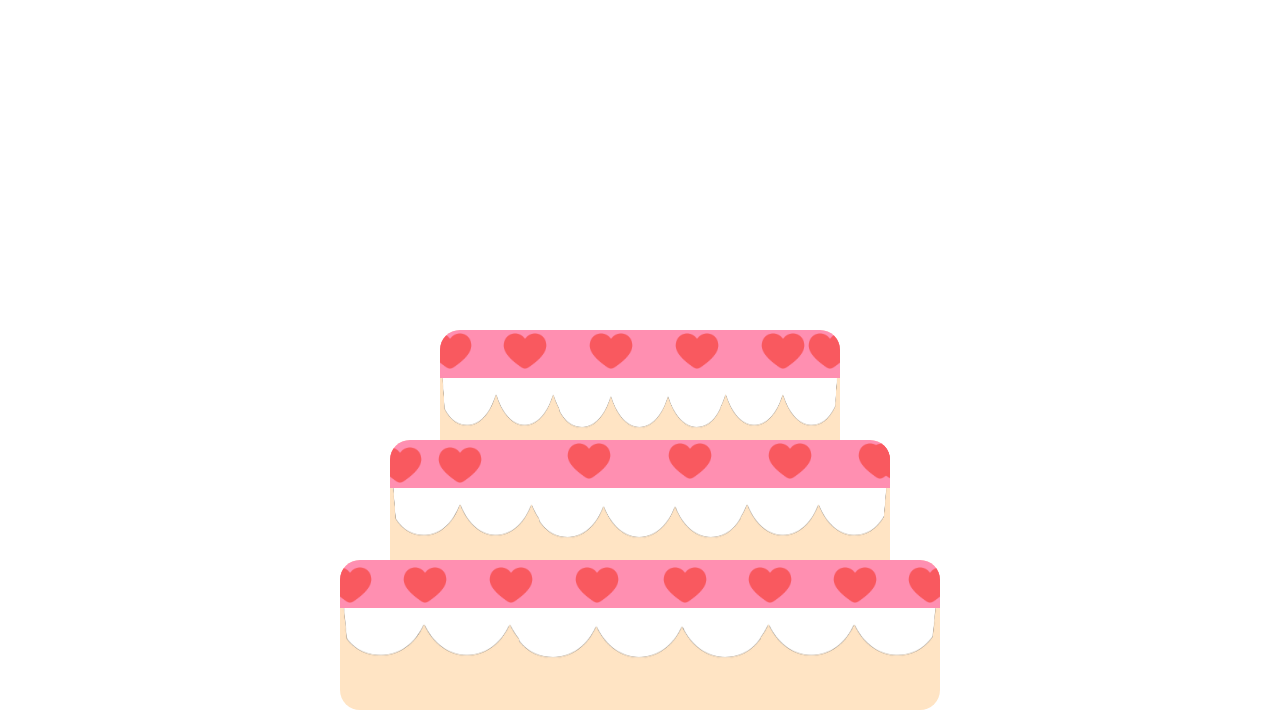
Repository: iphoneboy46/happybirthday
Page: index.html
These files come from the project's save history. The page is drawn as it stood at one moment and after the next save; the edit follows.
The browser window is 1280 px wide. The pictures show the whole page.

Above is the page before, as saved 2022-11-28 15:38:31.

### index.html
<!DOCTYPE html>
<html lang="en">
  <head>
    <meta charset="UTF-8" />
    <meta http-equiv="X-UA-Compatible" content="IE=edge" />
    <meta name="viewport" content="width=device-width, initial-scale=1.0" />
    <title>Happy Birthday</title>
    <link rel="stylesheet" href="style.css" />
  </head>
  <body>
    <div class="container">
      <div class="cake">
        <div class="top--cake">
          <div class="img-wavy">
            <img src="image/img1.png" alt="" />
          </div>

          <div class="img-heart-1--top">
            <img src="image/heart.png" alt="" />
          </div>
          <div class="img-heart-2--top">
            <img src="image/heart.png" alt="" />
          </div>
          <div class="img-heart-3--top">
            <img src="image/heart.png" alt="" />
          </div>
          <div class="img-heart-4--top">
            <img src="image/heart.png" alt="" />
          </div>
          <div class="img-heart-5--top">
            <img src="image/heart.png" alt="" />
          </div>
          <div class="img-heart-6--top">
            <img src="image/heart.png" alt="" />
          </div>
          <div class="img-heart-7--top">
            <img src="image/heart.png" alt="" />
          </div>
          <div class="img-heart-8--top">
            <img src="image/heart.png" alt="" />
          </div>

          <div class="border-cake"></div>
        </div>
        <div class="center--cake">
          <div class="img-wavy">
            <img src="image/img1.png" alt="" />
          </div>
          <div class="img-heart-1--center">
            <img src="image/heart.png" alt="" />
          </div>
          <div class="img-heart-2--center">
            <img src="image/heart.png" alt="" />
          </div>
          <div class="img-heart-3--center">
            <img src="image/heart.png" alt="" />
          </div>
          <div class="img-heart-4--center">
            <img src="image/heart.png" alt="" />
          </div>
          <div class="img-heart-5--center">
            <img src="image/heart.png" alt="" />
          </div>
          <div class="img-heart-6--center">
            <img src="image/heart.png" alt="" />
          </div>
          <div class="img-heart-7--center">
            <img src="image/heart.png" alt="" />
          </div>
          <div class="img-heart-8--center">
            <img src="image/heart.png" alt="" />
          </div>

          <div class="border-cake"></div>
        </div>
        <div class="bottom--cake">
          <div class="img-wavy">
            <img src="image/img1.png" alt="" />
          </div>

          <div class="img-heart-1">
            <img src="image/heart.png" alt="" />
          </div>
          <div class="img-heart-2">
            <img src="image/heart.png" alt="" />
          </div>
          <div class="img-heart-3">
            <img src="image/heart.png" alt="" />
          </div>
          <div class="img-heart-4">
            <img src="image/heart.png" alt="" />
          </div>
          <div class="img-heart-5">
            <img src="image/heart.png" alt="" />
          </div>
          <div class="img-heart-6">
            <img src="image/heart.png" alt="" />
          </div>
          <div class="img-heart-7">
            <img src="image/heart.png" alt="" />
          </div>
          <div class="img-heart-8">
            <img src="image/heart.png" alt="" />
          </div>

          <div class="border-cake"></div>
        </div>
      </div>
    </div>
  </body>
</html>

### style.css
*{
    padding: 0;
    margin: 0;
    box-sizing: border-box;
}

.container{
   width: 100%;

   height: 100vh;
   display: flex;
   justify-content: center;
   align-items: flex-end;
}

.cake{
    display: flex;
    flex-direction: column;
    justify-content:center;
    align-items:center
}


.top--cake{
    position: relative;
    overflow: hidden;
    width: 400px;
    height:110px;
    background-color: bisque;
    border-top-left-radius:20px;
    border-top-right-radius:20px;

}



.center--cake{
    position: relative;
    overflow: hidden;
    width: 500px;
    height:120px;
    background-color: bisque;
    border-top-left-radius:20px;
    border-top-right-radius:20px;

}


.bottom--cake{
    position: relative;
    overflow: hidden;
    width: 600px;
    height:150px;
    background-color: bisque;
    border-radius:20px;
    margin-bottom: 10px;
}



.img-wavy{
    width: 100%;
    height: 100px;
}

.img-wavy img{
    width: 100%;
    height: 100%;
}

.img-heart-1{
    z-index: 3;
    position: absolute;
    top: 0px;
    left: -15px;
    width:50px;
    height:50px;
}


.img-heart-1 img{
    width: 100%;
    height: 100%;
}

.img-heart-2{
    z-index: 3;
    position: absolute;
    top: 0px;
    left: 60px;
    width:50px;
    height:50px;
}


.img-heart-2 img{
    width: 100%;
    height: 100%;
}


.img-heart-3{
    z-index: 3;
    position: absolute;
    top: 0px;
    left: 146px;
    width:50px;
    height:50px;
}


.img-heart-3 img{
    width: 100%;
    height: 100%;
}

.img-heart-4{
    z-index: 3;
    position: absolute;
    top: 0px;
    left: 232px;
    width:50px;
    height:50px;
}


.img-heart-4 img{
    width: 100%;
    height: 100%;
}

.img-heart-5{
    z-index: 3;
    position: absolute;
    top: 0px;
    left: 320px;
    width:50px;
    height:50px;
}


.img-heart-5 img{
    width: 100%;
    height: 100%;
}

.img-heart-6{
    z-index: 3;
    position: absolute;
    top: 0px;
    left: 405px;
    width:50px;
    height:50px;
}


.img-heart-6 img{
    width: 100%;
    height: 100%;
}

.img-heart-7{
    z-index: 3;
    position: absolute;
    top: 0px;
    left: 490px;
    width:50px;
    height:50px;
}


.img-heart-7 img{
    width: 100%;
    height: 100%;
}

.img-heart-8{
    z-index: 3;
    position: absolute;
    top: 0px;
    right: -15px;
    width:50px;
    height:50px;
}


.img-heart-8 img{
    width: 100%;
    height: 100%;
}



.border-cake{
    z-index: 2;
    position: absolute;
    top: 0;
    width: 100%;
    height: 48px;
    background-color: #FF8FB1;
}


.img-heart-1--center{
    z-index: 3;
    position: absolute;
    top: 0px;
    left: -15px;
    width:50px;
    height:50px;
}


.img-heart-1--center img{
    width: 100%;
    height: 100%;
}

.img-heart-2--center{
    z-index: 3;
    position: absolute;
    top: 0px;
    left: 45px;
    width:50px;
    height:50px;
}


.img-heart-2--center img{
    width: 100%;
    height: 100%;
}


.img-heart-3--center{
    z-index: 3;
    position: absolute;
    top: -4px;
    left: 174px;
    width:50px;
    height:50px;
}


.img-heart-3--center img{
    width: 100%;
    height: 100%;
}

.img-heart-4--center{
    z-index: 3;
    position: absolute;
    top: -4px;
    left: 275px;
    width:50px;
    height:50px;
}


.img-heart-4--center img{
    width: 100%;
    height: 100%;
}

.img-heart-5--center{
    z-index: 3;
    position: absolute;
    top: -4px;
    left: 375px;
    width:50px;
    height:50px;
}


.img-heart-5--center img{
    width: 100%;
    height: 100%;
}

.img-heart-6--center{
    z-index: 3;
    position: absolute;
    top: -4px;
    left: 477px;
    width:50px;
    height:50px;
}


.img-heart-6--center img{
    width: 100%;
    height: 100%;
}

.img-heart-7--center{
    z-index: 3;
    position: absolute;
    top: -4px;
    left: 577px;
    width:50px;
    height:50px;
}


.img-heart-7--center img{
    width: 100%;
    height: 100%;
}

.img-heart-8--center{
    z-index: 3;
    position: absolute;
    top: -4px;
    right: -15px;
    width:50px;
    height:50px;
}


.img-heart-8--center img{
    width: 100%;
    height: 100%;
}


.img-heart-1--top{
    z-index: 3;
    position: absolute;
    top: -4px;
    left: -15px;
    width:50px;
    height:50px;
}


.img-heart-1--top img{
    width: 100%;
    height: 100%;
}

.img-heart-2--top{
    z-index: 3;
    position: absolute;
    top: -4px;
    left: 60px;
    width:50px;
    height:50px;
}


.img-heart-2--top img{
    width: 100%;
    height: 100%;
}


.img-heart-3--top{
    z-index: 3;
    position: absolute;
    top: -4px;
    left: 146px;
    width:50px;
    height:50px;
}


.img-heart-3--top img{
    width: 100%;
    height: 100%;
}

.img-heart-4--top{
    z-index: 3;
    position: absolute;
    top: -4px;
    left: 232px;
    width:50px;
    height:50px;
}


.img-heart-4--top img{
    width: 100%;
    height: 100%;
}

.img-heart-5--top{
    z-index: 3;
    position: absolute;
    top: -4px;
    left: 318px;
    width:50px;
    height:50px;
}


.img-heart-5--top img{
    width: 100%;
    height: 100%;
}

.img-heart-6--top{
    z-index: 3;
    position: absolute;
    top: -4px;
    left: 406px;
    width:50px;
    height:50px;
}


.img-heart-6--top img{
    width: 100%;
    height: 100%;
}

.img-heart-7--top{
    z-index: 3;
    position: absolute;
    top: -4px;
    left: 492px;
    width:50px;
    height:50px;
}


.img-heart-7--top img{
    width: 100%;
    height: 100%;
}

.img-heart-8--top{
    z-index: 3;
    position: absolute;
    top: -4px;
    right: -15px;
    width:50px;
    height:50px;
}


.img-heart-8--top img{
    width: 100%;
    height: 100%;
}

After the next save:
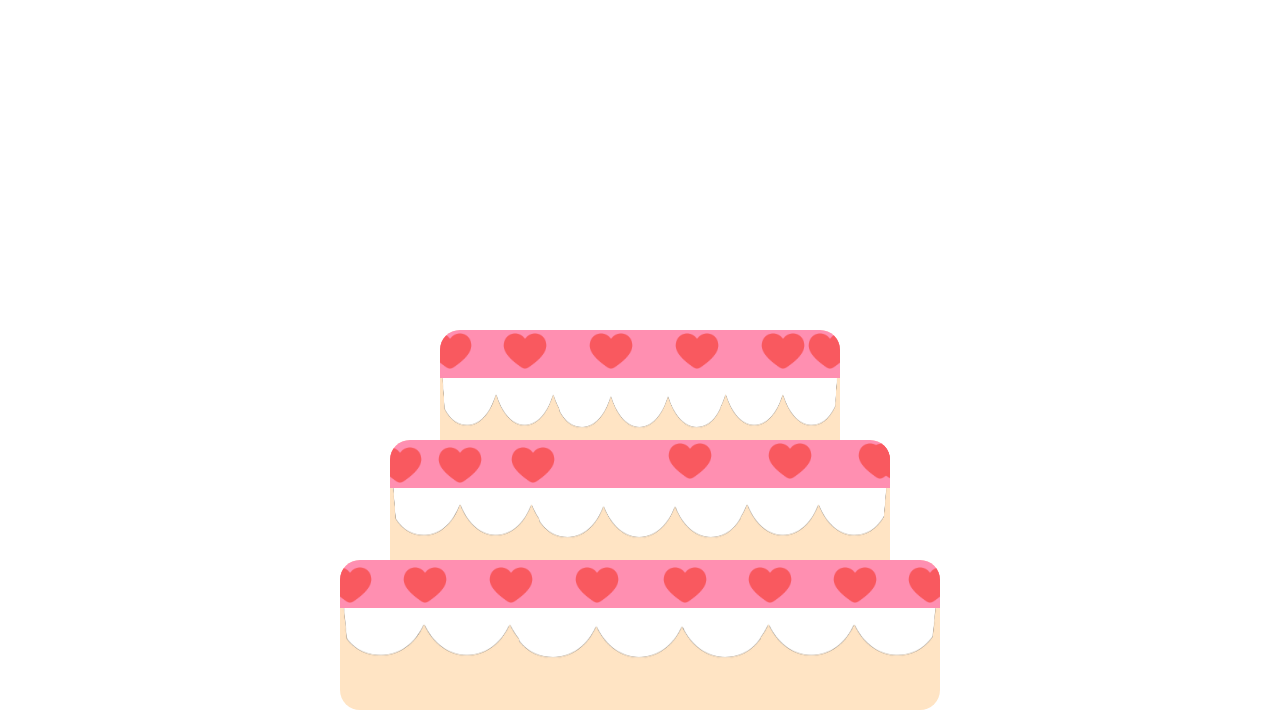
Saved 59 s later.
--- a/style.css
+++ b/style.css
@@ -235,8 +235,8 @@
 .img-heart-3--center{
     z-index: 3;
     position: absolute;
-    top: -4px;
-    left: 174px;
+    top: 0px;
+    left: 118px;
     width:50px;
     height:50px;
 }
